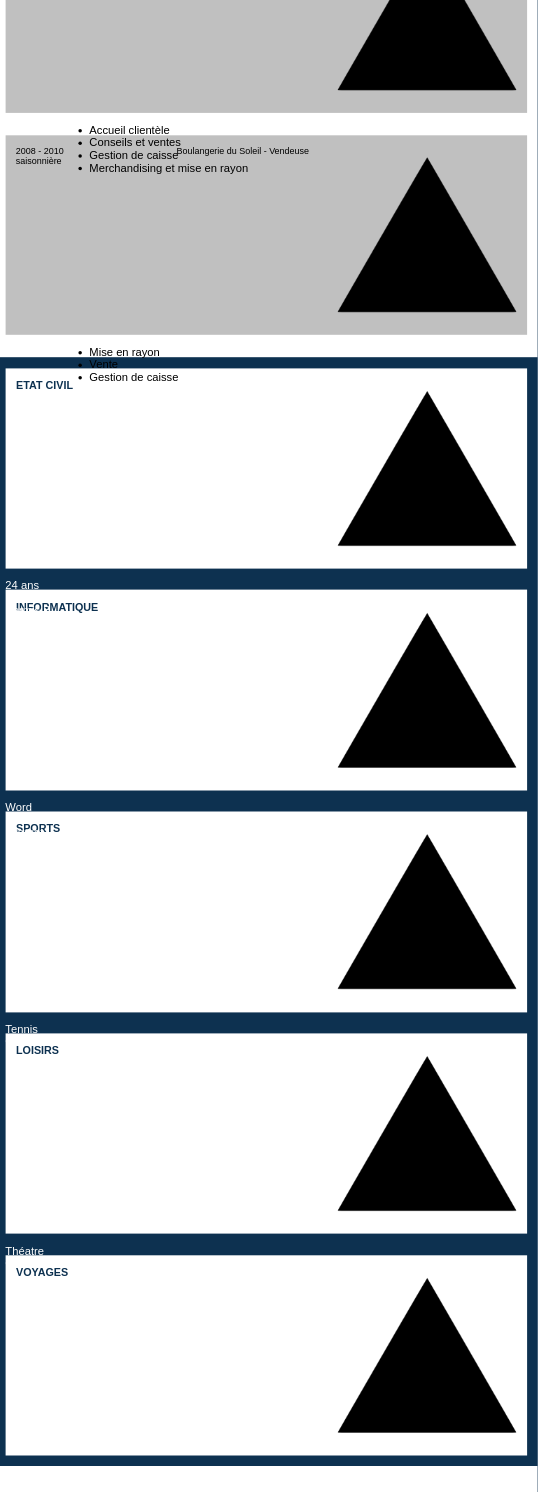
Repository: evalwebmeteofullstack/Gestion_meteo
Page: Notes/Exercices/static/ExoCV/CV.html
These files come from the project's save history. The page is drawn as it stood at one moment and after the next save; the edit follows.
The browser window is 768 px wide. The pictures show the part of the page from y = 855 to 3095 px (the page is 2987 px tall before and 3095 px after), at 70% of full size.

Above is the page before, as saved 2019-01-29 15:47:33.

After the next save:
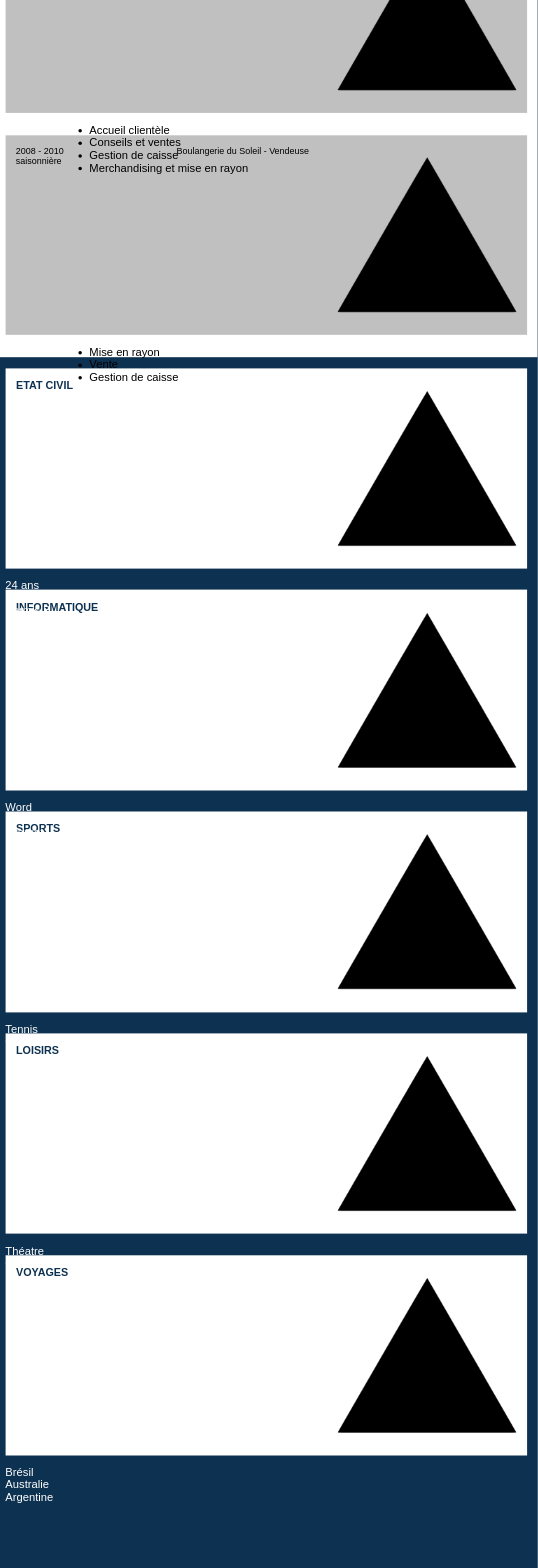
Saved 43 s later.
--- a/Notes/Exercices/static/ExoCV/StyleCV.css
+++ b/Notes/Exercices/static/ExoCV/StyleCV.css
@@ -205,6 +205,7 @@ div section h2 {
 	}
 	#divDivers {
 		width: 100%;
+		padding-bottom: 20%;
 
 	}
 	#divDivers label {
